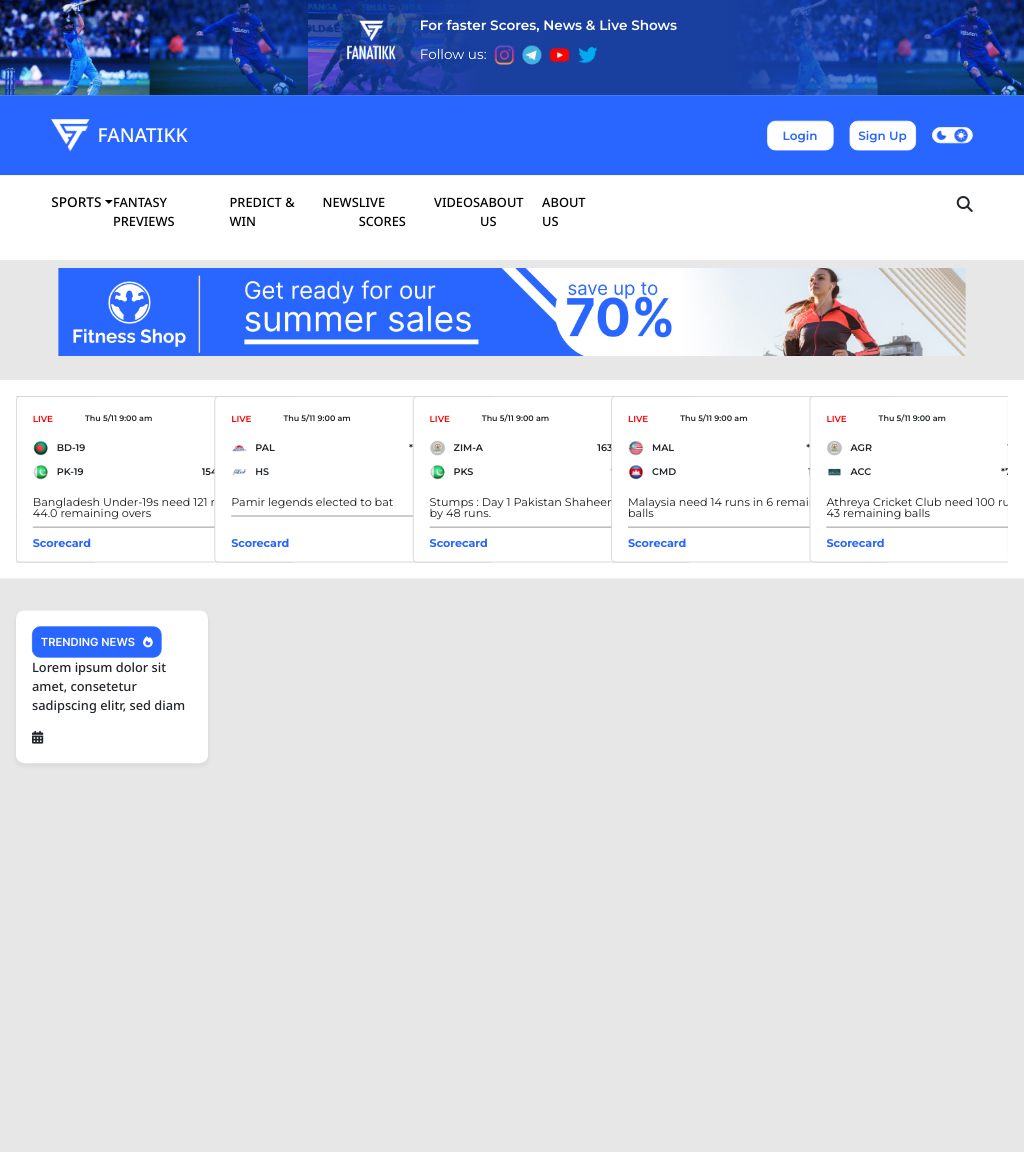
Repository: FlyweisReact/Kannapa
Page: /
These files come from the project's save history. The page is drawn as it stood at one moment and after the next save; the edit follows.
The browser window is 1280 px wide. The pictures show the whole page, at 80% of full size.
Some web libraries are served in a nearby version. The project was rebuilt for these pictures with package versions that can differ from the ones it lists, and the page was loaded fresh each time. Also part of the build but not shown: src/Components/Layout/Footer.js, src/Components/Sliders/Index-video-Slider.js, src/Components/firstScreen.jsx, src/Components/secondScreen.jsx, src/Components/thirdScreen.jsx, src/Components/fourthScreen.jsx, src/CSS/Footer.css.

Above is the page before, as saved 2023-06-03 13:33:12.

### public/index.html
<!DOCTYPE html>
<html lang="en">
  <head>
    <meta charset="utf-8" />
    <link rel="icon" href="%PUBLIC_URL%/favicon.ico" />
    <meta name="viewport" content="width=device-width, initial-scale=1" />
    <meta name="theme-color" content="#000000" />
    <meta
      name="description"
      content="Web site created using create-react-app"
    />
    <link rel="apple-touch-icon" href="%PUBLIC_URL%/logo192.png" />

    <link rel="manifest" href="%PUBLIC_URL%/manifest.json" />
    <link href="https://fonts.googleapis.com/css2?family=Roboto+Mono:ital,wght@1,300&display=swap" rel="stylesheet">
    <title>React App</title>
  </head>
  <body>
    <noscript>You need to enable JavaScript to run this app.</noscript>
    <div id="root"></div>
    <script src="https://code.jquery.com/jquery-3.6.0.min.js"></script>
    <script src="https://kit.fontawesome.com/b533b351e4.js" crossorigin="anonymous"></script>
  </body>
</html>

### src/Pages/HomeScreen.js
/** @format */

import React, { useState, useEffect } from "react";
import FadingCategory from "../Components/Layout/FadingNav/FadingCategory";
import FadingNav from "../Components/Layout/FadingNav/FadingNav";
import Header1 from "../Components/Layout/FadingNav/Header1";
import Navbar from "../Components/Layout/Navbar";
import ScoreCard from "../Components/Sliders/ScoreCard";

const HomeScreen = () => {
  const [scrolled, setScrolled] = useState(false);

  useEffect(() => {
    const handleScroll = () => {
      if (window.scrollY > 0) {
        setScrolled(true);
      } else {
        setScrolled(false);
      }
    };

    window.addEventListener("scroll", handleScroll);
    return () => {
      window.removeEventListener("scroll", handleScroll);
    };
  }, []);

  return (
    <>
      <section className="HomePage">
        <div className={`${scrolled ? "fade-out" : "fade-in"}`}>
          <Header1 />
          <FadingNav />
          <FadingCategory />
        </div>

        <div className={`${scrolled ? "fade-in" : "fade-out"}`}>
          <Navbar />
        </div>

        <div className="Index_Center_Banner">
          <img src="./Images/1.png" alt="" />
        </div>

        <div className="Score_Card_Layout">
          <ScoreCard />
        </div>

        <div className="Index_Three_Sec_Layout">
          <div className="left_Comp">
            <div className="Trading_News">
              <button>
                trending NEWS
                <i class="fa-solid fa-fire"></i>
              </button>

              <div className="desc">
              <p>Lorem ipsum dolor sit amet, consetetur sadipscing elitr, sed diam</p>
              <div className="two_sec">
          <div>
          <i class="fa-solid fa-calendar-days"></i>
          </div>
              </div>

              </div>

            </div>
          </div>
          <div className="Mid_Comp"></div>
          <div className="Right_Comp"></div>
        </div>
      </section>
    </>
  );
};

export default HomeScreen;

### src/CSS/Navbar.css
/**
 * === navbar styling ====
 *
 * @format
 */
.Stick-navbar{
    height: 100%;
    transition: box-shadow 0.3s ease;
    height: 100px;
}
.Navbar {
  display: flex;
  justify-content: space-between;
  background: #2965ff;
  padding: 20px;
  width: 100%;
  gap: 20px;
  position: fixed !important;
  top: 0;
  z-index: 999;
  transition: box-shadow 0.3s ease;
  align-items: center;
}

.Navbar .Left_Container {
  width: 30%;
}
.Navbar .Left_Container .Logo_Div {
  display: flex;
  gap: 10px;
  justify-content: center;
  align-items: center;
}
.Navbar .Left_Container .Logo_Div p {
  color: #fff;
  font-size: var(--mediumFont);
  margin: 0;
}
.Navbar .Left_Container .Logo_Div img {
  width: 47.73px;
  height: 40px;
}

.Navbar .Right_Container {
  width: 70%;
  display: flex;
  justify-content: center;
  gap: 40px;
}
.Navbar .Right_Container .Item {
  display: flex;
  justify-content: baseline;
}

.Navbar .Right_Container .Item p {
  font-size: 16px;
  cursor: pointer;
  color: #ffffff;
  padding-top: 2px;
}

.Navbar .Right_Container .Item .DropDown {
  border: none;
  color: #fff;
  font-size: 17px;
  cursor: pointer;
  color: #ffffff;
  margin: 0;
  padding: 0;
}
.Navbar .Right_Container .Item .fa-magnifying-glass {
  color: #fff;
  font-size: 18px;
  cursor: pointer;
  padding-top: 7px;
}
.Navbar .Right_Container .Item .Toggle{
  width: 51.43px;
  height: 19.03px;
  display: flex;
  justify-content: space-between;
  align-items: center;
  padding-left: 5px;
  padding-right: 5px;
  border-radius: 10px;
  background-color: #fff;
  border: 1px solid #fff;
  cursor: pointer;
  align-items: center;
  margin-top: 8px;
}


/* Header 2 */
.Header1 {
  background-image: url("../../public/Images/22.png");
  color: #ffffff;
  width: 100%;
  background-repeat: no-repeat;
  background-size: cover;
  height: 119px;
  padding: 20px;
}
.Header1 .Main {
  display: flex;
  align-items: center;
  justify-content: center;
  gap: 30px;
}
.Header1 .Main p {
  margin: 0;
}
.Header1 .Main .Head {
  font-family: MontserratNormal;
  font-weight: 600;
  font-size: 17px;
  color: #ffffff;
}

.Header1 .Main .Two {
  display: flex;
  gap: 10px;
  margin-top: 10px;
  align-items: center;
}
.Header1 .Main .Two p {
  font-family: MontserratNormal;
  font-style: normal;
  font-weight: 400;
  font-size: 17px;
  line-height: 17px;
  color: #ffffff;
}
.Header1 .Main .Social {
  display: flex;
  gap: 10px;
  align-items: center;
}

/* Fading Navbar */

.Fading_Nav {
  display: flex;
  justify-content: space-between;
  background: #2965ff;
  padding: 30px;
  width: 100%;
  gap: 20px;
  align-items: center;
  padding-left: 5%;
  padding-right: 5%;
}

.Fading_Nav .Left_Container {
  width: 30%;
}
.Fading_Nav .Left_Container .Logo_Div {
  display: flex;
  gap: 10px;
  justify-content: flex-start;
  align-items: center;
}
.Fading_Nav .Left_Container .Logo_Div p {
  color: #fff;
  font-size: var(--mediumFont);
  margin: 0;
}
.Fading_Nav .Left_Container .Logo_Div img {
  width: 47.73px;
  height: 40px;
}

.Fading_Nav .Right_Container {
  width: 70%;
  display: flex;
  justify-content: flex-end;
  gap: 20px;
  align-items: center;
}
.Fading_Nav .Right_Container button {
  font-family: MontserratNormal;
  font-style: normal;
  font-weight: 600;
  width: 83px;
  height: 37px;
  border-radius: 10px;
  font-size: 15px;
  line-height: 19px;
  color: #2965ff;
  background-color: #fff;
  border: 1px solid #fff;
  cursor: pointer;
}
.Fading_Nav .Right_Container .Toggle {
  width: 51.43px;
  height: 19.03px;
  display: flex;
  justify-content: space-between;
  align-items: center;
  padding-left: 5px;
  padding-right: 5px;
}


/* Fading Category */
.Fading_Category{
    display: flex;
    justify-content: space-between;
    padding: 20px;
    background-color: #fff;
    padding-left: 5%;
    padding-right: 5%;
}
.Fading_Category .Left_Container {
    display: flex;
    justify-content: space-between;
    width: 60%;
}

.Fading_Category .Left_Container .Item {
    display: flex;
    justify-content: baseline;
  }

  .Fading_Category .Left_Container .Item p {
    font-size: 16px;
    cursor: pointer;
    color: #000;
    padding-top: 2px;
  }

  .Fading_Category .Left_Container .Item .DropDown {
    border: none;
    font-size: 17px;
    cursor: pointer;
    color: #000;
    margin: 0;
    padding: 0;
    border: none;
  }

.Fading_Category .Right_Container i{
    font-size: 20px;
    padding-top: 7px;
}


/* Fading Effect */
.HomePage{
    min-height: 200vh;
}
.fade-out{
    opacity: 0;
    transition: opacity 0.5s;
    height: 0;
    overflow: hidden;
}
.fade-in{
    opacity: 1;
    transition: opacity 0.5s;
    height: auto;
    overflow: hidden;
    width: 100%;
}

### src/CSS/Component.css
/** @format */

/* Fading Header */

/* Home Screen */
.Index_Center_Banner {
  width: 100%;
  padding: 10px;
}

.Index_Center_Banner img {
  width: 90%;
  display: block;
  margin: auto;
}

.Index_Center_GIF {
  width: 100%;
  padding: 10px;
}

.Index_Center_GIF img {
  width: 90%;
  display: block;
  margin: auto;
  height: 500px;
}

.Index_Center_Desc {
  display: flex;
  width: 90%;
  padding: 10px;
  margin: auto;
}

.Index_Center_Desc .Main_Comp {
  text-align: left;
}
.Index_Center_Desc .Main_Comp .head {
  font-size: 36px;
  color: #1d1d1d;
  text-shadow: 0px 1px 1px rgba(37, 37, 37, 0.5);
  margin: 0;
}

.Index_Center_Desc .Main_Comp .Two_Sec {
  display: flex;
  gap: 10px;
  align-items: flex-start;
}
.Index_Center_Desc .Main_Comp .Two_Sec img {
  height: 20px;
  margin-top: 4px;
}

.Index_Center_Desc .Main_Comp .Two_Sec p {
  color: rgba(29, 29, 29, 0.6);
  text-shadow: 0px 1px 1px rgba(37, 37, 37, 0.5);
  font-style: italic;
}

.Index_Center_Desc .Main_Comp .desc p {
  font-size: 16px;
  line-height: 24px;
  align-items: center;
  color: rgba(29, 29, 29, 0.6);
  max-width: 60%;
  font-style: italic;
  margin: 0;
}
.first5 p u {
  color: #333;
}

.Index_Logo_Div {
  display: flex;
  justify-content: space-between;
  align-items: center;
  width: 90%;
  margin: auto;
  padding-top: 10px;
  padding-bottom: 10px;
}
.Index_Logo_Div .Left_Comp {
  display: flex;
  gap: 10px;
  align-items: center;
}
.Index_Logo_Div .Right_Comp img {
  cursor: pointer;
}

.Index_Video_Slider {
  width: 90%;
  display: block;
  margin: auto;
  padding-top: 10px;
  padding-bottom: 10px;
}

.Video_Slider {
  width: 100%;
  /* padding: 20px; */
  display: block;
  margin: auto;
}
.Video_Slider .Main_Item {
  background: #ffffff;
  border: 1px solid #1d1d1d;
  border-radius: 10px;
  height: 400px;
}
.Video_Slider .Main_Item img {
  width: 100%;
  border-radius: 10px 10px 0px 0px;
}
.Video_Slider .Main_Item p {
  padding: 10px;
  font-family: Montserrat;
  font-size: 15px;
  line-height: 18px;
  color: #1d1d1d;
}
.Video_Slider .Main_Item:focus {
  outline: none;
}

.Index_Center_Button {
  width: 90%;
  display: block;
  margin: auto;
  padding-top: 10px;
  padding-bottom: 10px;
  margin-top: 2%;
  position: relative;
}
.Index_Center_Button button {
  font-family: Montserrat;
  font-size: 16px;
  line-height: 20px;
  text-transform: uppercase;
  width: 256px;
  color: #ffffff;
  background: #2965ff;
  border: 1px solid #2965ff;
  border-radius: 25px;
  padding: 10px;
  display: block;
  margin: auto;
}

.Index_Center_Button .empty {
  height: 4px !important;
  position: absolute;
  top: 50%;
  left: 50%;
  transform: translate(-50%, -50%);
  z-index: -1;
  background-color: #2965ff;
  width: 100%;
}

.Index_Three_Cont {
  width: 90%;
  display: grid;
  grid-template-columns: auto auto auto;
  gap: 20px;
  margin: auto;
  padding-top: 20px;
}
.Index_Three_Cont .Main_Component .head {
  font-family: Montserrat;
  font-style: normal;
  font-weight: 700;
  font-size: 22.3418px;
  line-height: 30px;
  color: #1d1d1d;
}
.Index_Three_Cont .Main_Component img {
  width: 100%;
}
.Index_Three_Cont .Main_Component .desc {
  font-family: Montserrat;
  font-style: normal;
  font-weight: 300;
  font-size: 15.9584px;
  line-height: 40px;
}

/* Score_Card_Slider */
.ScoreCard_Slider {
  background-color: #ffffff;
  padding: 20px;
  margin-top: 20px;
  margin-bottom: 20px;
}
.ScoreCard_Slider .Main_Item {
  border: 1px solid #cfcfcf;
  background-color: #fff;
  border-radius: 5px;
  padding: 20px;
  width: 350px !important;
  height: 208px !important;
  position: relative;
}
.ScoreCard_Slider .Main_Item .two_Sec {
  display: flex;
  gap: 40px;
  align-items: center;
  margin-bottom: 20px;
}
.ScoreCard_Slider .Main_Item .two_Sec p {
  margin: 0;
  font-family: MontserratNormal;
  font-style: normal;
  font-weight: 600;
  font-size: 10px;
  line-height: 14px;
}
.ScoreCard_Slider .Main_Item .two_Sec .first {
  margin: 0;
  font-family: MontserratNormal;
  font-style: normal;
  font-weight: 600;
  font-size: 11px;
  line-height: 14px;
  color: #ff0000;
}
.ScoreCard_Slider .slick-next:before {
  display: none !important;
}

.ScoreCard_Slider .Main_Item .Flags_Div {
  display: flex;
  justify-content: space-between;
  align-items: center;
  gap: 10px;
  margin-top: 10px;
}

.ScoreCard_Slider .Main_Item .Flags_Div div {
  display: flex;
  gap: 10px;
  align-items: center;
}
.ScoreCard_Slider .Main_Item .Flags_Div div p {
  margin: 0;
  font-family: MontserratNormal;
  font-style: normal;
  font-weight: 600;
  font-size: 12px;
  line-height: 17px;
}
.ScoreCard_Slider .Main_Item .desc {
  color: #1d1d1d;
  font-family: MontserratNormal;
  font-style: normal;
  font-weight: 400;
  font-size: 14px;
  line-height: 14px;
  width: 90%;
  margin: 0;
  margin-top: 20px;
}
.ScoreCard_Slider .Main_Item .empty {
  background-color: #bfbfbf;
  width: 100%;
  height: 2px;
  margin-top: 10px;
}
.ScoreCard_Slider .Main_Item .Scorecard {
  font-family: MontserratNormal;
  font-style: normal;
  font-weight: 700;
  font-size: 14px;
  line-height: 14px;
  position: absolute;
  letter-spacing: -0.11px;
  color: #2965ff;
  bottom: 0;
}

/* Index_Three_Sec_Layout */
.Index_Three_Sec_Layout {
  width: 100%;
  padding: 20px;
  display: flex;
  gap: 20px;
}
.Index_Three_Sec_Layout .left_Comp {
  width: 20%;
}
.Index_Three_Sec_Layout .Mid_Comp {
  width: 60%;
}
.Index_Three_Sec_Layout .Right_Comp {
  width: 20%;
}

.Index_Three_Sec_Layout .left_Comp .Trading_News {
  background-color: #fff;
  padding: 20px;
  box-shadow: 0px 3px 6px rgba(0, 0, 0, 0.08);
border-radius: 10px;
}
.Index_Three_Sec_Layout .left_Comp .Trading_News button {
  background-color: #2965ff;
  color: #fff;
  border: 1px solid #2965ff;
  text-transform: uppercase;
  border-radius: 10px;
  font-style: normal;
  font-weight: 600;
  font-size: 14px;
  line-height: 17px;
  font-family: Inter;
  padding: 10px;
  display: flex;
  gap: 10px;
  align-items: center;
}

Loaded but not shown: src/App.css (common file); src/Components/Sliders/ScoreCard.js (443 lines, source omitted); src/Components/Layout/Navbar.js (71 lines, source omitted); src/Components/Layout/FadingNav/FadingCategory.js (57 lines, source omitted); src/App.js (32 lines, source omitted); src/Components/Layout/FadingNav/FadingNav.js (27 lines, source omitted); src/Components/Layout/FadingNav/Header1.js (32 lines, source omitted); src/index.js (17 lines, source omitted); src/index.css (634 lines, source omitted)

After the next save:
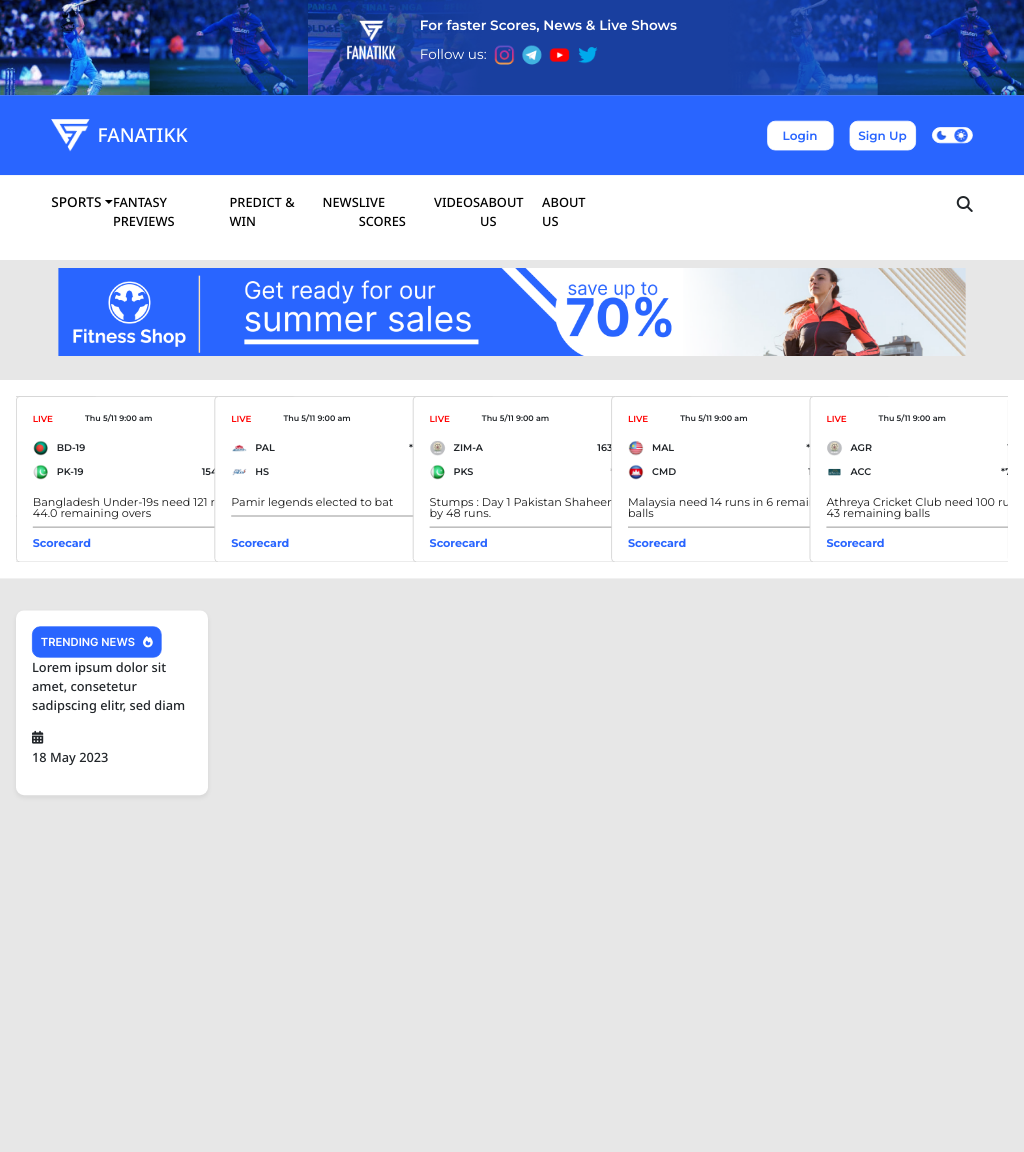
Saved 9 s later.
--- a/src/Pages/HomeScreen.js
+++ b/src/Pages/HomeScreen.js
@@ -55,15 +55,17 @@ const HomeScreen = () => {
               </button>
 
               <div className="desc">
-              <p>Lorem ipsum dolor sit amet, consetetur sadipscing elitr, sed diam</p>
-              <div className="two_sec">
-          <div>
-          <i class="fa-solid fa-calendar-days"></i>
-          </div>
+                <p>
+                  Lorem ipsum dolor sit amet, consetetur sadipscing elitr, sed
+                  diam
+                </p>
+                <div className="two_sec">
+                  <div>
+                    <i class="fa-solid fa-calendar-days"></i>
+                    <p>18 May 2023</p>
+                  </div>
+                </div>
               </div>
-
-              </div>
-
             </div>
           </div>
           <div className="Mid_Comp"></div>
